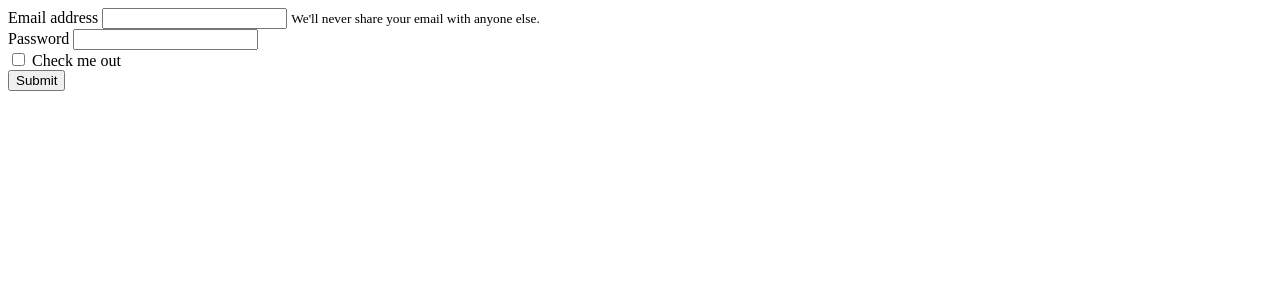
Repository: pirvanm/lara
Page: final/resources/views/users/add_order.blade.php
The author's editor kept a copy of each file at every save. The page is drawn from the files as they stood at one save, then again after the next save.
The browser window is 1280 px wide. The pictures show the whole page.
The page is served by the project's Laravel application, run on PHP 8.4 with Laravel 8. Other server files are loaded and not shown. The template is opened directly, without the code that normally fills it, so the values that code supplies are empty.

Above is the page before, as saved 2021-06-15 20:28:22.

### final/routes/web.php
<?php

/*
|--------------------------------------------------------------------------
| Web Routes
|--------------------------------------------------------------------------
|
| Here is where you can register web routes for your application. These
| routes are loaded by the RouteServiceProvider within a group which
| contains the "web" middleware group. Now create something great!
|
*/

Route::get('/', function () {
    return view('homepage');
});


Route::get('/comenzi', 'UserController@index');
Route::get('/adauga', 'UserController@adaugaComenzi');

### final/resources/views/users/add_order.blade.php
<form>
    <div class="form-group">
      <label for="exampleInputEmail1">Email address</label>
      <input type="email" class="form-control" id="exampleInputEmail1" aria-describedby="emailHelp">
      <small id="emailHelp" class="form-text text-muted">We'll never share your email with anyone else.</small>
    </div>
    <div class="form-group">
      <label for="exampleInputPassword1">Password</label>
      <input type="password" class="form-control" id="exampleInputPassword1">
    </div>
    <div class="form-group form-check">
      <input type="checkbox" class="form-check-input" id="exampleCheck1">
      <label class="form-check-label" for="exampleCheck1">Check me out</label>
    </div>
    <button type="submit" class="btn btn-primary">Submit</button>
  </form>

After the next save:
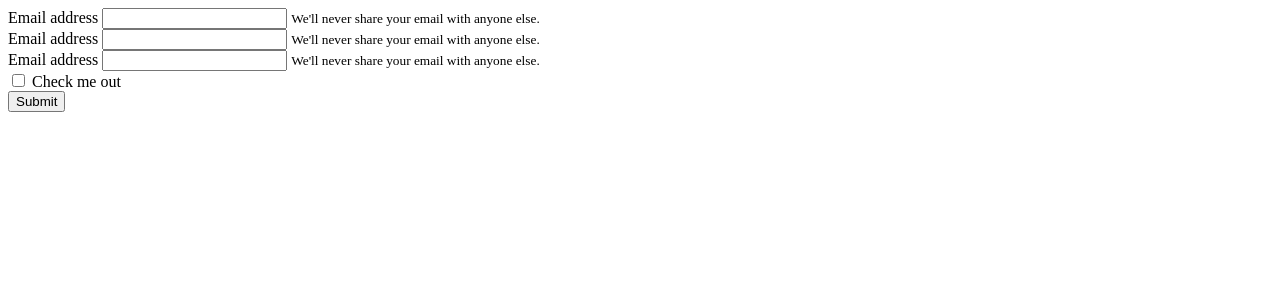
Saved 13 s later.
--- a/final/resources/views/users/add_order.blade.php
+++ b/final/resources/views/users/add_order.blade.php
@@ -4,10 +4,20 @@
       <input type="email" class="form-control" id="exampleInputEmail1" aria-describedby="emailHelp">
       <small id="emailHelp" class="form-text text-muted">We'll never share your email with anyone else.</small>
     </div>
-    <div class="form-group">
-      <label for="exampleInputPassword1">Password</label>
-      <input type="password" class="form-control" id="exampleInputPassword1">
-    </div>
+    <form>
+        <div class="form-group">
+          <label for="exampleInputEmail1">Email address</label>
+          <input type="email" class="form-control" id="exampleInputEmail1" aria-describedby="emailHelp">
+          <small id="emailHelp" class="form-text text-muted">We'll never share your email with anyone else.</small>
+        </div>
+
+        <form>
+            <div class="form-group">
+              <label for="exampleInputEmail1">Email address</label>
+              <input type="email" class="form-control" id="exampleInputEmail1" aria-describedby="emailHelp">
+              <small id="emailHelp" class="form-text text-muted">We'll never share your email with anyone else.</small>
+            </div>
+
     <div class="form-group form-check">
       <input type="checkbox" class="form-check-input" id="exampleCheck1">
       <label class="form-check-label" for="exampleCheck1">Check me out</label>
